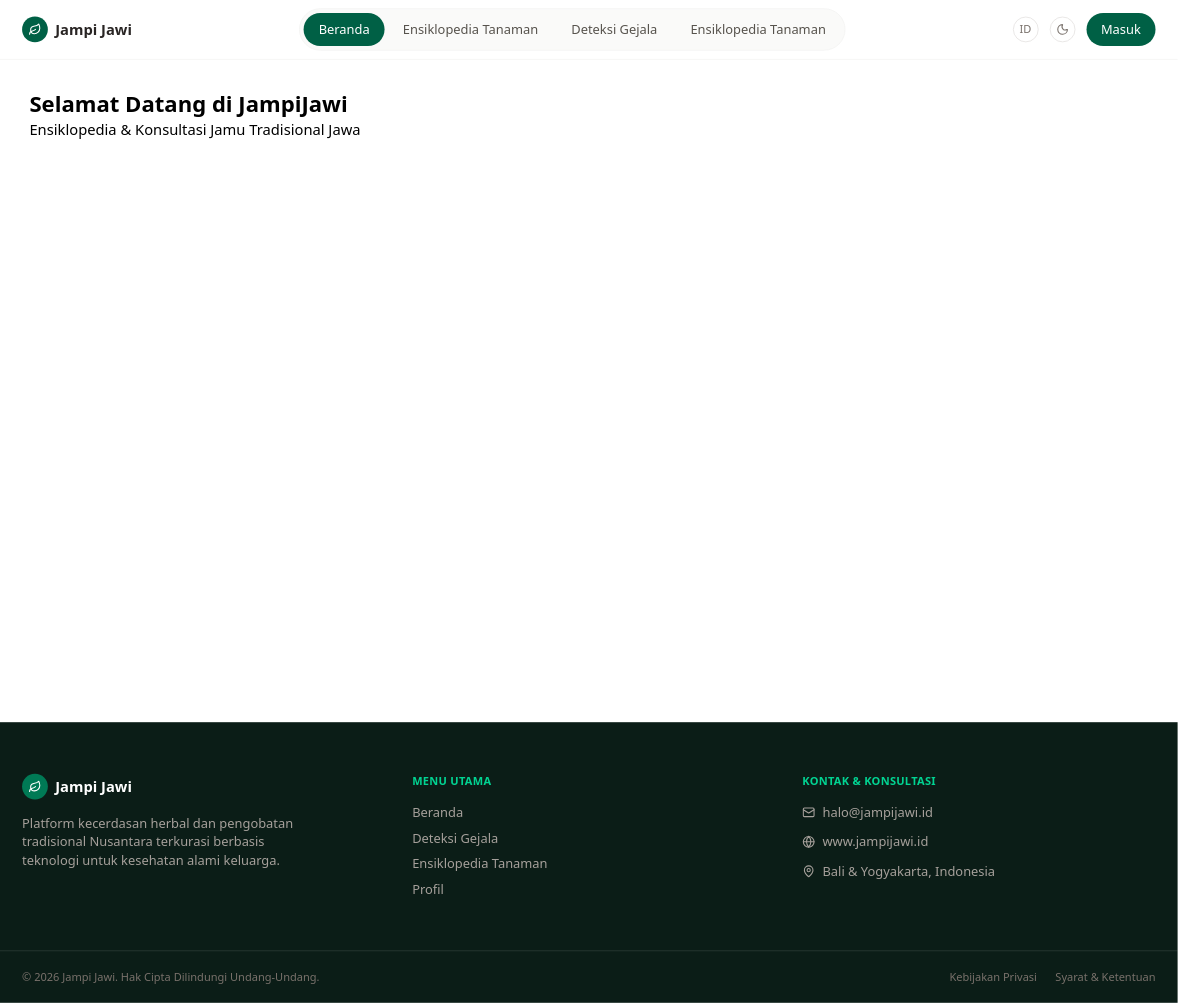
Repository: VergiMutiaRahmasyani/JampiJawi
Page: /
These files come from the project's save history. The page is drawn as it stood at one moment and after the next save; the edit follows.
The browser window is 1280 px wide. The pictures show the whole page, at 92% of full size.
The project was rebuilt for these pictures with package versions that can differ from the ones it lists, and the page was loaded fresh each time. Also part of the build but not shown: vite.config.js, src/components/shared/ProtectedRoute.jsx, src/pages/LoginPage.jsx, src/pages/RegisterPage.jsx, src/pages/EnsiklopediaPage.jsx, src/pages/DetailHerbalPage.jsx, src/pages/RekomendasiPage.jsx, src/pages/HasilRekomendasiPage.jsx and 5 more.

Above is the page before, as saved 2026-09-09 20:21:55.

After the next save:
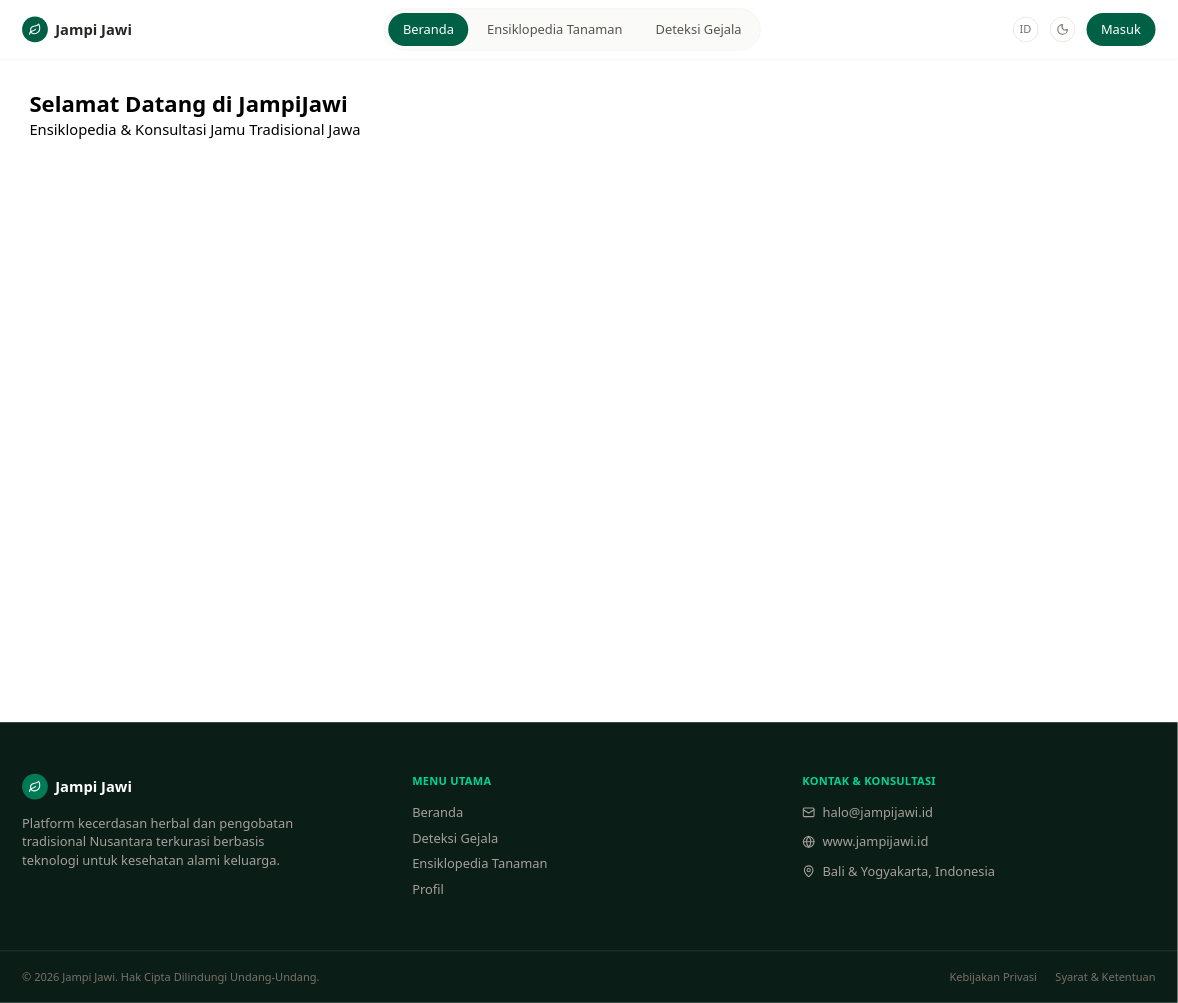
Saved 11 s later.
--- a/src/components/layout/Navbar.jsx
+++ b/src/components/layout/Navbar.jsx
@@ -5,8 +5,7 @@ import { useAuth } from "../../context/AuthContext";
 const menu = [
   { label: "Beranda", to: "/" },
   { label: "Ensiklopedia Tanaman", to: "/ensiklopedia" },
-  { label: "Deteksi Gejala", to: "/rekomendasi" },
-  { label: "Ensiklopedia Tanaman", to: "/ensiklopedia" },
+  { label: "Deteksi Gejala", to: "/rekomendasi" }
 
 ];
 
